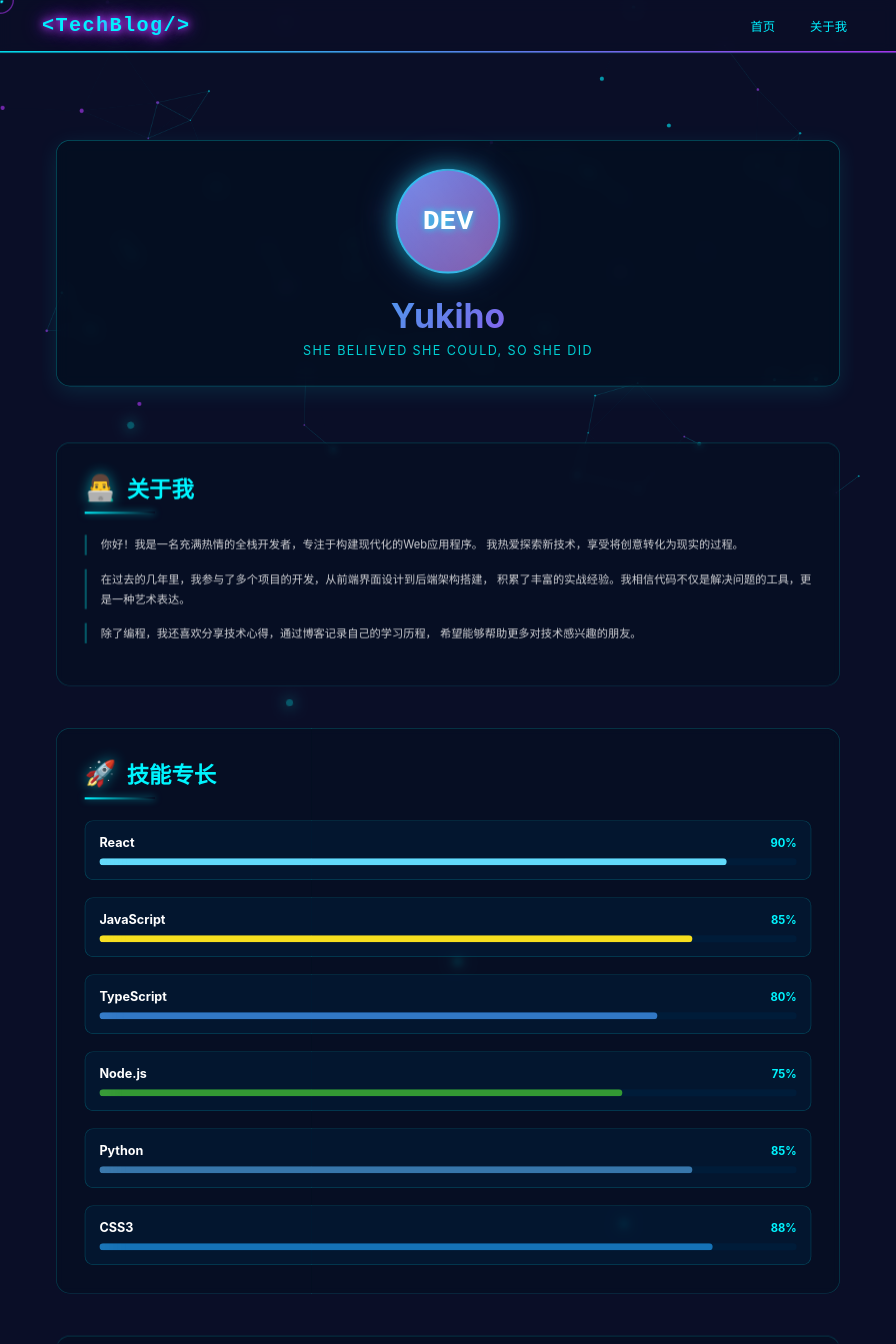
Repository: kyukiho/blog
Page: /about
The author's editor kept a copy of each file at every save. The page is drawn from the files as they stood at one save, then again after the next save.
The browser window is 1280 px wide. The pictures show the part of the page from y = 0 to 1920 px (the page is 2722 px tall before and 2742 px after), at 70% of full size.
The project was rebuilt for these pictures with package versions that can differ from the ones it lists, and the page was loaded fresh each time. Also part of the build but not shown: vite.config.js, src/components/BlogList.css, src/components/BlogList.jsx, src/components/BlogDetail.css, src/components/BlogDetail.jsx.

Above is the page before, as saved 2026-03-15 21:52:37.

After the next save:
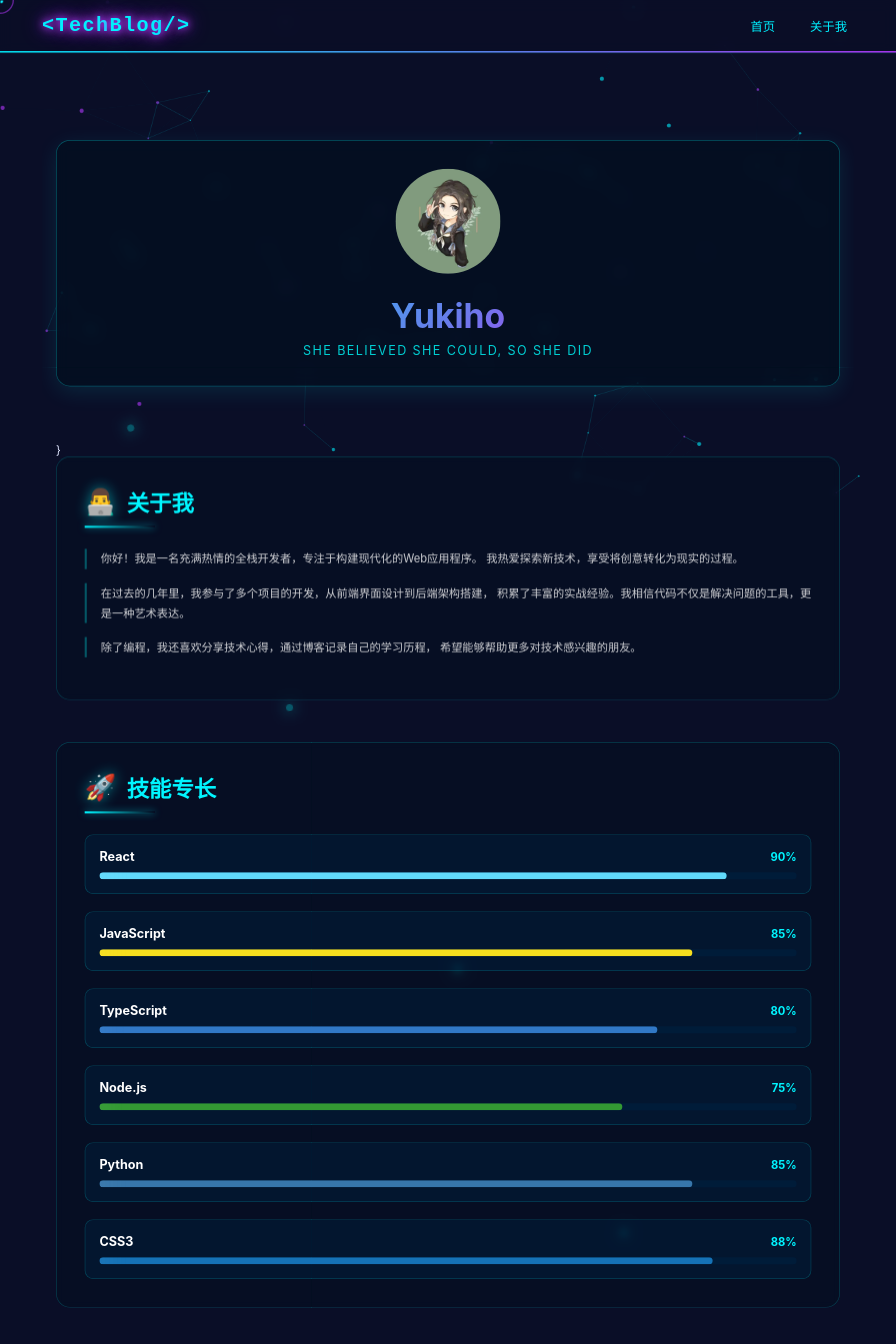
Saved 2 min 29 s later.
--- a/src/components/About.jsx
+++ b/src/components/About.jsx
@@ -62,9 +62,12 @@ const About = () => {
             whileHover={{ scale: 1.1, rotate: 360 }}
             transition={{ duration: 0.5 }}
           >
-            <div className="avatar-inner">
-              <span className="avatar-text">DEV</span>
-            </div>
+            <img
+              src="/imgs/touxiang.jpg"
+              alt="头像"
+              className="avatar-img"
+              style={{ width: '100%', height: '100%', borderRadius: '50%' }}
+            />
           </motion.div>
           <h1 className="profile-name">
             <motion.span
@@ -78,7 +81,7 @@ const About = () => {
           <p className="profile-title">She believed she could, so she did</p>
         </motion.div>
 
-        {/* 关于我 */}
+        {/* 关于我 */}}
         <motion.section className="about-section" variants={itemVariants}>
           <h2 className="section-title">
             <span className="title-icon">👨‍💻</span>
